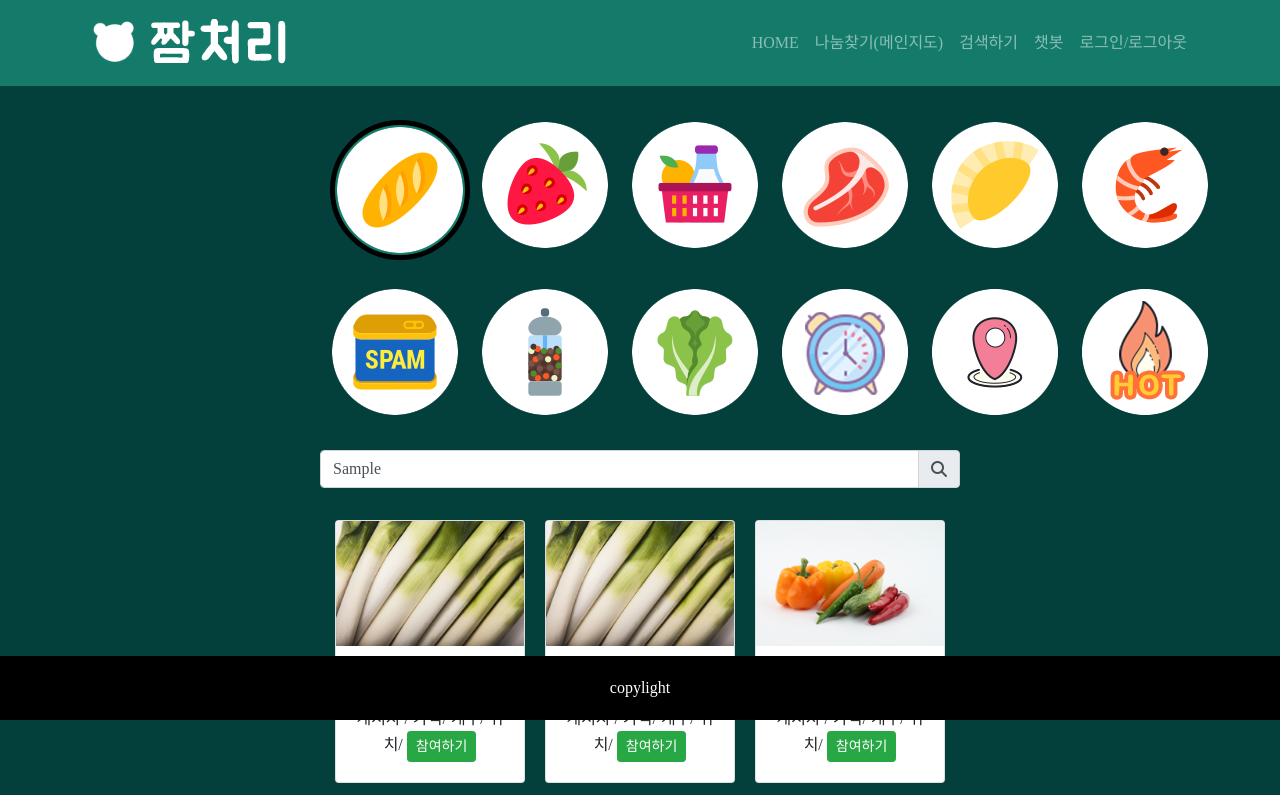
Repository: navang/JJAM_project
Page: http://localhost/jjam/jjam_2_search.jsp
The author's editor kept a copy of each file at every save. The page is drawn from the files as they stood at one save, then again after the next save.
The browser window is 1280 px wide. The pictures show the whole page.
Empty fields were first filled with sample values (such as "Sample", 5 or name@example.com).
After loading, the first visible `input` was clicked once.
Some web fonts or font styles are not loaded; a fallback is used. Some web libraries are served in a nearby version. The page is served by Tomcat 9. Nobody is signed in. The application's start-up code is not run. Other server files are loaded and not shown.

Above is the page before, as saved 2019-07-16 03:32:50.

### jjam/src/main/webapp/jjam_2_search.jsp
<%@ page language="java" contentType="text/html; charset=UTF-8"
    pageEncoding="UTF-8"%>
<!DOCTYPE html>
<html>
<head>
<meta charset="UTF-8">
<meta name="viewport" content="width=device-width, initial-scale=1.0">
    <meta http-equiv="X-UA-Compatible" content="ie=edge">

    <link rel="stylesheet" href="https://stackpath.bootstrapcdn.com/bootstrap/4.3.1/css/bootstrap.min.css"
        integrity="sha384-ggOyR0iXCbMQv3Xipma34MD+dH/1fQ784/j6cY/iJTQUOhcWr7x9JvoRxT2MZw1T" crossorigin="anonymous">
    <script src="https://code.jquery.com/jquery-3.3.1.slim.min.js"
        integrity="sha384-q8i/X+965DzO0rT7abK41JStQIAqVgRVzpbzo5smXKp4YfRvH+8abtTE1Pi6jizo"
        crossorigin="anonymous"></script>
    <script src="https://cdnjs.cloudflare.com/ajax/libs/popper.js/1.14.7/umd/popper.min.js"
        integrity="sha384-UO2eT0CpHqdSJQ6hJty5KVphtPhzWj9WO1clHTMGa3JDZwrnQq4sF86dIHNDz0W1"
        crossorigin="anonymous"></script>
    <script src="https://stackpath.bootstrapcdn.com/bootstrap/4.3.1/js/bootstrap.min.js"
        integrity="sha384-JjSmVgyd0p3pXB1rRibZUAYoIIy6OrQ6VrjIEaFf/nJGzIxFDsf4x0xIM+B07jRM"
        crossorigin="anonymous"></script>
    <!-- https://getbootstrap.com/docs/4.3/getting-started/introduction/ 부트스트랩에서 가져옴-->

    <link rel="stylesheet" href="./resources/style/main.css">

    <script src="https://kit.fontawesome.com/825d367943.js"></script>

<title>Insert title here</title>
</head>
<script>
$(function(){
	$("input:image").click(function(){
		// 클릭한 이미지에 'selectImg' 추가
		$(this).toggleClass('selectImg');
		if($(this).hasClass('selectImg')){
			$('.selectImg').css({"background":"#147b6b","border-radius":"70px","border":"5px solid"});
		}else{
			$(this).removeAttr('style');
		}

		// selectImg 클래스가 있으면 src에서 앞뒤 짜르고 카테고리 이름 가져와서 /아이디 지정하고?/ 해당이름으로 검색

	});

})
</script>
<body>

 <!-- ---------------------------------상단 고정 메뉴바--------------------------------------------->
      <h1 class="seperator"></h1>
      <nav id="top_navcolor" class="navbar fixed-top navbar navbar-expand-xl navbar-dark">
          <!-- fixed-top 상단고정-->
          <div class="container">
              <!-- 브랜드 로고 삽입-->
              <a href="JJAM_3_form.html" class="navbar-brand">
                  <img id="logo" class="" style="width: 60px; height: 60px;" src="./resources/image/character.png" alt=""><img src="./resources/image/JJCR_white1.png">
              </a>
              <!-- 햄버거 버튼-->
              <button class="navbar-toggler" data-toggle="collapse" data-target="#myNav">
                  <span class="navbar-toggler-icon"></span>
              </button>
              <!-- 네비게이션 버튼 -->
              <div id="myNav" class="collapse navbar-collapse justify-content-end">
                  <ul class="navbar-nav">
                      <li class="nav-item"><a href="" class="nav-link">HOME</a></li>
                      <li class="nav-item"><a href="" class="nav-link">나눔찾기(메인지도)</a></li>
                      <li class="nav-item"><a href="" class="nav-link">검색하기</a></li>
                      <li class="nav-item"><a href="" class="nav-link">챗봇</a></li>
                      <li class="nav-item"><a href="" class="nav-link">로그인/로그아웃</a>

                      </li>
                  </ul>
              </div>
          </div>
      </nav>



<!------------------------------------------------------------------------->

<div class="search"> <!--전체화면 분할-->
    <div class=""></div> <!-- 상단 navbar로 인한 공백-->
    <div class=""></div> <!-- 상단 navbar로 인한 공백-->
    <div class=""></div> <!-- 상단 navbar로 인한 공백-->

    <div></div><!-- 그리드 왼쪽 공백-->
    <div>

      <div id="grid">
             <div style="padding: 10px;"><input type="image" src="./resources/image/category_icon/bread_icon.png" /></div>
             <div style="padding: 10px;"><input type="image"  src="./resources/image/category_icon/fruit_icon.png" /></div>
             <div style="padding: 10px;"><input type="image"  src="./resources/image/category_icon/ingredients_icon.png" /></div>
             <div style="padding: 10px;"><input type="image"  src="./resources/image/category_icon/meat_icon.png" /></div>
             <div style="padding: 10px;"><input type="image"  src="./resources/image/category_icon/nangdong_icon.png" /></div>
             <div style="padding: 10px;"><input type="image"  src="./resources/image/category_icon/seafood_icon.png" /></div>
             <div style="padding: 10px;"><input type="image"  src="./resources/image/category_icon/spam_icon.png" /></div>
             <div style="padding: 10px;"><input type="image"  src="./resources/image/category_icon/spice_icon.png" /></div>
             <div style="padding: 10px;"><input type="image"  src="./resources/image/category_icon/vege_icon.png" /></div>
             <div style="padding: 10px;"><input type="image"  src="./resources/image/category_icon/recent_icon.png"/></div>
             <div style="padding: 10px;"><input type="image"  src="./resources/image/category_icon/nearby_icon.png"/></div>
             <div style="padding: 10px;"><input type="image"  src="./resources/image/category_icon/hottem_icon.png"/></div>
          </div>

    </div>
    <div></div>    <!-- 그리드 오른쪽공백-->
     <!-- 그리드 아래 공백-->
    <div class=""></div>
    <div></div>
    <div class=""></div>
 <!-------------검색창-------------->
    <div class=""></div>
    <div>
        <form action="/search/search" method="GET">
        <div class="input-group">
            <input type="text" class="form-control" placeholder="검색어를 입력하세요">
            <div class="input-group-append">
                <button class="btn btn-primary input-group-text" type="submit">
                    <i class="fas fa-search"></i>
                </button>
            </div>
        </div>
    </form></div>
    <div class=""></div>
       <!-- 검색창 아래 공백-->
       <div class=""></div>
       <div></div>
       <div class=""></div>
 <!-------------게시글-------------->
 <div class=""></div>
 <div class="container">
        <!-- 동적으로 게시물을 받아와야함-->
        <div class="card-columns text-center">
            <!-- 카드 1세트-->
           <div class="card w-100">
                <img src="./resources/image/pa.jpg" alt="" class="card-img-top">
                <div class="card-body">
                    <h4 class="card-title">품목</h4>
                 <div>게시자 / 가격/ 개수/ 위치/ <input type="button" class="btn btn-success btn-sm" value="참여하기"></div>

                </div>
            </div>
        <!-------------- -->
          <!-- 카드 1세트-->
          <div class="card w-100">
                <img src="./resources/image/pa.jpg" alt="" class="card-img-top">
                <div class="card-body">
                    <h4 class="card-title">품목</h4>
                 <div>게시자 / 가격/ 개수/ 위치/ <input type="button" class="btn btn-success btn-sm" value="참여하기"></div>

                </div>
            </div>
        <!-------------- -->
          <!-- 카드 1세트-->
          <div class="card w-100">
                <img src="./resources/image/carrot.jpg" alt="" class="card-img-top">
                <div class="card-body">
                    <h4 class="card-title">품목</h4>
                 <div>게시자 / 가격/ 개수/ 위치/ <input type="button" class="btn btn-success btn-sm" value="참여하기"></div>

                </div>
            </div>
        <!-------------- -->
       </div>

        <!-- 게시글 끝 페이지 다운-->

        </div>

 <div class=""></div>
 <div class=""></div>
 <div class=""></div>
 <div class=""></div>


</div>
<!--------------------------------------------------------------------------->
<div class="footer fixed-bottom">copylight</div>






</body>
</html>

### jjam/src/main/webapp/resources/style/main.css
@charset "utf-8";

@font-face {
    font-family: NanumSquareR;
    src: url(../font/NanumSquareR.woff) format('woff');
}

@font-face {
    font-family: NanumSquareL;
    src: url(../font/NanumSquareL.woff) format('woff');
}

@font-face {
    font-family: NanumSquareB;
    src: url(../font/NanumSquareB.woff) format('woff');
}





/* background*/


h1, h2, h3, h5, p {
    font-family: NanumSquareR, sans-serif;
    font-weight: 500;
    color: white;
}
h4{
    font-family: NanumSquareR, sans-serif;
    font-weight: 500;
    color: black;
}

h1, h2, h3 {
    margin-top: 10px;
    margin-bottom: 10px;
    font-weight: 700;
}

body{
  	font-family:BMJUA;
    background: #033f3b;
}
#logo{
	width: 60px; height: 60px;
}
#jcr{
	margin-left: 60px; position:fixed;
}
#top_navbar {
    background: rgba(0,0,0,0.7);
}
#top_navcolor {
    background-color: #147b6b;
}

#top_navbar-nav > li > a {
    padding-top: 20px;
    padding-bottom: 20px;
}

.separator {
    background: #59e;
    margin-top: 80px;
    padding: 21px;
    text-align: center;
    color: #fff;
}

.red {
    background: #fcc;
    border: #eaa solid 4px;
}

/* .yellow { */
/*     background: #f6f6c0; */
/*     border: #dd7 solid 4px; */
/* } */


.green {
    font:white;
    background: #147b6b;

}

.bluegreen {
    background: #aee;
    border: #8dd solid 4px;
}
<<<<<<< HEAD


/* .blue { */
=======
/* .blue { */
/*     background: #bcf; */
/*     border: #9ae solid 4px; */
/* } */

>>>>>>> 7f7c7283d27dcf0b9cae4bf84bee2c912e11a8f9
.blue {
    background: #bcf;
    border: #9ae solid 4px;
}
/*1_ intro*/
.intro_form{
    display: grid;
     grid-template-columns: 100%;
<<<<<<< HEAD
    grid-template-rows: 30px 850px 850px ;
=======
    grid-template-rows: 30px 850px 300px ;
>>>>>>> 7f7c7283d27dcf0b9cae4bf84bee2c912e11a8f9
}
.intro-main{
  position: absolute;
  top: 15%;
  left: 20%;
  transform: translate(-20%, -20%);
  width: 80%;

}
.intro-desc{
	display:grid;
	 grid-template-columns: 15% 70% 15%;
    grid-template-rows:  250px 80px ;
}

/*  풀어주기   */
.map-custom{
	width:100%;
	height:700px;
	position:relative;
	overflow:hidden;
	border-radius:30px;
}


.bigfont{
	font-size: 700px;
    text-align: center;

    font-family: NanumSquareL;
    src: url(../font/NanumSquareL.woff) format('woff');

}


.white-text {
    color: white;
}

.row{
     display : grid;
     grid-template-columns: 100%;
     grid-template-rows: 70px 850px 100px ;
}
.mypage{
	display: grid;
	  grid-template-columns: 20% 60% 20%;
     grid-template-rows: 400px 1400px ;
}
.mypage-columns{
	display:grid;
	  grid-template-columns: 30% 70%;
 	text-align: center;

}
.mypage-rows{
	display:grid;
	  grid-template-rows: 30% 70%;


}
/* 햄버거*/
.ham{
	width:100px;
}

/* 2_search 페이지 */
.search{
    display : grid;
    grid-template-columns: 25% 50% 25%;
    grid-template-rows: 100px 300px 40px 50px 20px;
}
.search-grid {

    display : grid;
    text-align: center;
    grid-template-columns: 20% 20% 20% 20% 20%;
    grid-template-rows: 100px 100px 100px 100px 100px;
}
/* 3 form*/
/* 전체화면 분할*/
.modal-form{
    display : grid;
    grid-template-columns: 15% 70% 15%;
    grid-template-rows: 60px 780px  50px;

}
/* 가운데화면 분할*/
.modal-form-grid{
    display : grid;
    grid-template-columns: 60% 40%;
    grid-template-rows: 60px  700px 70px;

}
/* */
.modal-inner-grid{
    display : grid;
    grid-template-columns: 50% 50%;

}

.modal-size{
    position: absolute;


}
/* modal fullsize*/
.modal-dialog.modal-fullsize {
    width: 150%; height: 100%; margin: 0; padding: 0;
}
.modal-content.modal-fullsize {
    height: auto;
    min-height: 100%;
    border-radius: 0;
  }
.btn-create{
	text-decoration:none;
	width:100%;
	height:40px;
	font-size:20px;
	border-radius:30px;
	background:#147b6b;
	color:white;
	box-shadow: 0px 3px 0px black;
	border: 2px solid white;
}
.btn-create:hover .btn-create:focus, btn-create:active {
	background:#073d35;

}

/* info modal img*/
.img-chatmodal{
    width:1900px;
    height: 950px;
    background-image:url('../image/chatbot_modal.png');
}

/*게시물 리스트*/
.form-list {
    display: grid;
    grid-template-columns:3% 20% 3% 74%;
    padding: 10px;
}


/* 5*5 그리드 */
#grid{
    display: grid;
    text-align: center;
    grid-template-columns:150px 150px 150px 150px 150px 150px;
}
/* 메인 1 페이지  */
.wrapper {
    display: grid;
    grid-template-columns: 5% 55% 40% ;
    grid-template-rows: 100px 7px 100px 30px 100px 100px 30px 100px 100px;
}

/* 4 login form*/
.login{
    display : grid;
    grid-template-columns: 30% 800px 27%;
    grid-template-rows: 100px 800px ;
}
.login-set{
    color : #1f0a01;
    background-color: white;
    border-radius: 15px;
    display:grid;
    grid-template-rows: 80px 380px 300px 40px;
    text-align: center;

}
.login-set.login-form{
    display: grid;
    grid-template-columns:240px 320px 240px;
    grid-template-rows: 100px 100px 100px ;

}
.design-border{
    border: silver solid 2px;
}

/* 7_result*/
.result-form{
    display: grid;
     grid-template-columns: 15% 70% 15%;
    grid-template-rows: 200px 300px 300px ;
}
.result-form-item{
	display:grid;
	  text-align:center;
	  grid-template-columns:100%;

}
.result-form-item-line{
	 background:white;
 	text-align:center;
	  border-radius: 50px;
	  width:73%;
	  height:3px;
	  margin-left:180px;

}
.result-button{
	width:100px;
	height:40px;
	border-radius:30px;
	background:white;

}
/* footer*/
.footer {
    left: 0;
    bottom: 0;
    width: 100%;
	padding: 20px 0;
	text-align: center;
	color: white;
	background:  black;
}
.card {
  height: 30%;
}
.card-columns {
    @include media-breakpoint-only(lg) {
      column-count: 4;
    }
    @include media-breakpoint-only(xl) {
      column-count: 5;
    }
  }
@media(max-width:375px){
#logo{
	width: 30px; height: 30px; position:fixed;
}
#jcr{
	margin-left: 35px; position:fixed; height: 30px;
}
    .search{
        display : grid;
        grid-template-columns: 0px 100% 0px;
        grid-template-rows: 100px 600px 30px 30px 20px ;
    }
      /* 5*5 그리드 */
    #grid{
    display: grid;
    text-align: center;
    grid-template-columns:160px 160px 160px;
}

    .wrapper {
    display: grid;
    grid-template-columns: 5% 90% 5% ;
    grid-template-rows: 100px 60px 30% 30px 70px 100px 100px 100px 10px;
    }
    .search-grid {

        display : grid;
        text-align: center;
        grid-template-columns: 25% 25% 25% 25%;
        grid-template-rows: 50px  50px  50px 50px  50px  50px;
    }


    .mypage{
	display: grid;
	  grid-template-columns: 100%;
     grid-template-rows: 0px  0px   170px  0px   500px;
}
.mypage-columns{
	display:grid;
	 grid-template-columns: 100%;
		  grid-template-rows: 400px 50%;

}
.mypage-rows{
	display:grid;

		  grid-template-template: 100%;
		   grid-template-rows: 60% 40%;
}
.mypage-menu{
	display:grid;

		  grid-template-rows: 25% 25% 25% 25%;
}


    /*챗 모달 사용설명서*/
    .img-chatmodal{
        width:640px;
        height: 950px;
        background-image:url('../image/chatbot_modal_mobile.png');

    }
    /* modal fullsize*/
    .modal-dialog.modal-fullsize {
    width: 100%; height: 100%; margin: 0; padding: 0;
    }
    .modal-content.modal-fullsize {
    height: auto;
    min-height: 100%;
    border-radius: 0;
  }
    /* 가운데화면 분할*/
.modal-form{
    display : grid;
    grid-template-columns: 15% 70% 15%;
    grid-template-rows: 60px 780px  50px;

}
/* 가운데화면 분할*/
.modal-form-grid{
    display : grid;
    grid-template-columns: 60% 40%;
    grid-template-rows: 60px  700px 70px;

}

    .modal-inner-grid{
        display : grid;
        grid-template-columns: 100%;

    }
    /* 4 login form*/
    .login{
    display : grid;
    grid-template-columns: 0px 640px 0px;
    grid-template-rows: 50px 640px ;
}
.result-form{
    display: grid;
     grid-template-columns: 0% 100% 0%;
    grid-template-rows: 100px 700px 100px ;
}
.ham{
	width:100px;
}
/* footer*/
.footer {
    left: 0;
    bottom: 0;
    width: 100%;
	padding: 20px;
	text-align: center;
	color: white;
	background:  black;
}

/*1_ intro*/
.intro_form{
    display: grid;
     grid-template-columns: 100%;
    grid-template-rows: 30px 360px 550px ;
}
.intro-main{
  position: absolute;
  font-size: 20px;
  top: 50%;
  left: 20%;
  transform: translate(-20%, -20%);
  width: 80%;

}
.intro-desc{
	display:grid;
	 grid-template-columns: 10% 80% 10%;
    grid-template-rows:  550px 150px ;
}

/*  풀어주기   */
.map-custom{
	width:700px;
	height:700px;
	position:relative;
	overflow:hidden;
	margin-left: 80px;
	border-radius:30px;
}


.bigfont{
	left:50%;
	transform:rotate(30deg);
	font-size: 300px;
    text-align: left;

    font-family: NanumSquareL;
    src: url(../font/NanumSquareL.woff) format('woff');

}


}

After the next save:
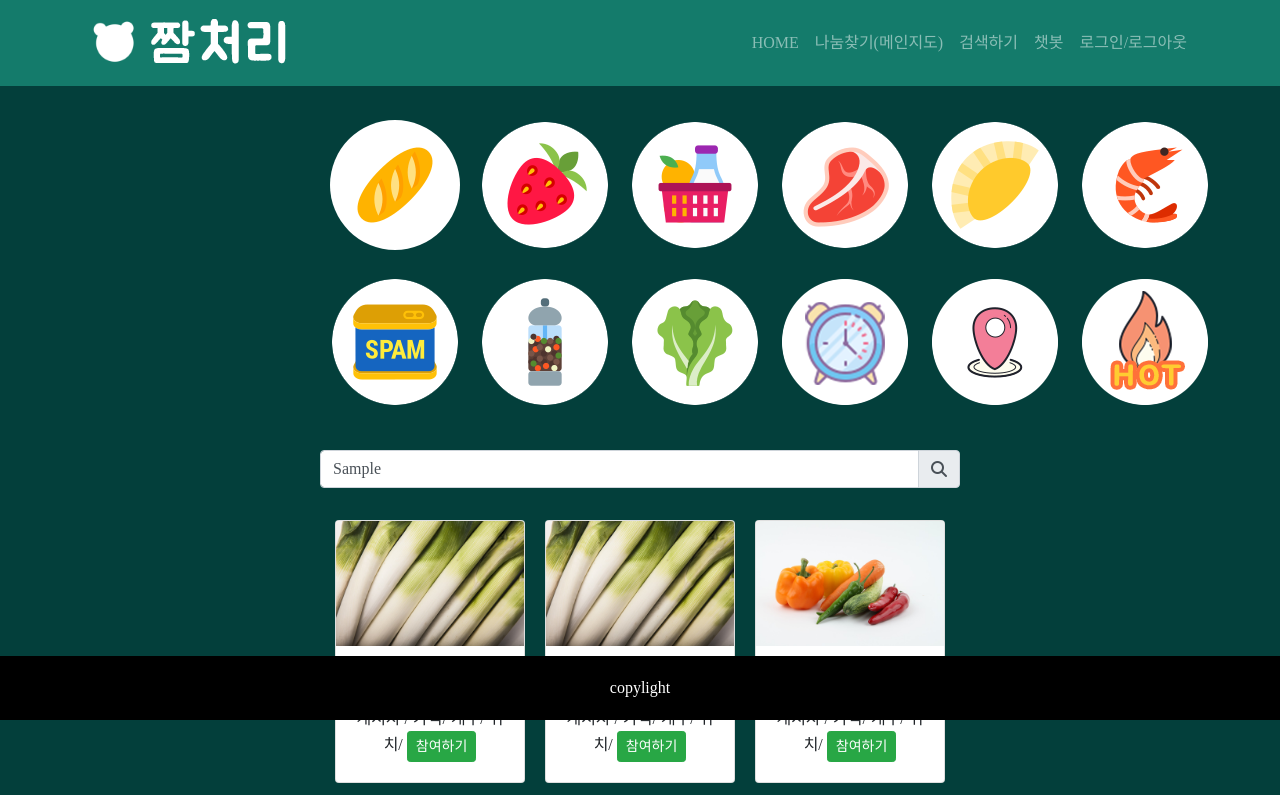
Saved 90 s later.
--- a/jjam/src/main/webapp/jjam_2_search.jsp
+++ b/jjam/src/main/webapp/jjam_2_search.jsp
@@ -32,7 +32,7 @@
 		// 클릭한 이미지에 'selectImg' 추가
 		$(this).toggleClass('selectImg');
 		if($(this).hasClass('selectImg')){
-			$('.selectImg').css({"background":"#147b6b","border-radius":"70px","border":"5px solid"});
+			$('.selectImg').css({"background":"white","border-radius":"70px"});
 		}else{
 			$(this).removeAttr('style');
 		}
